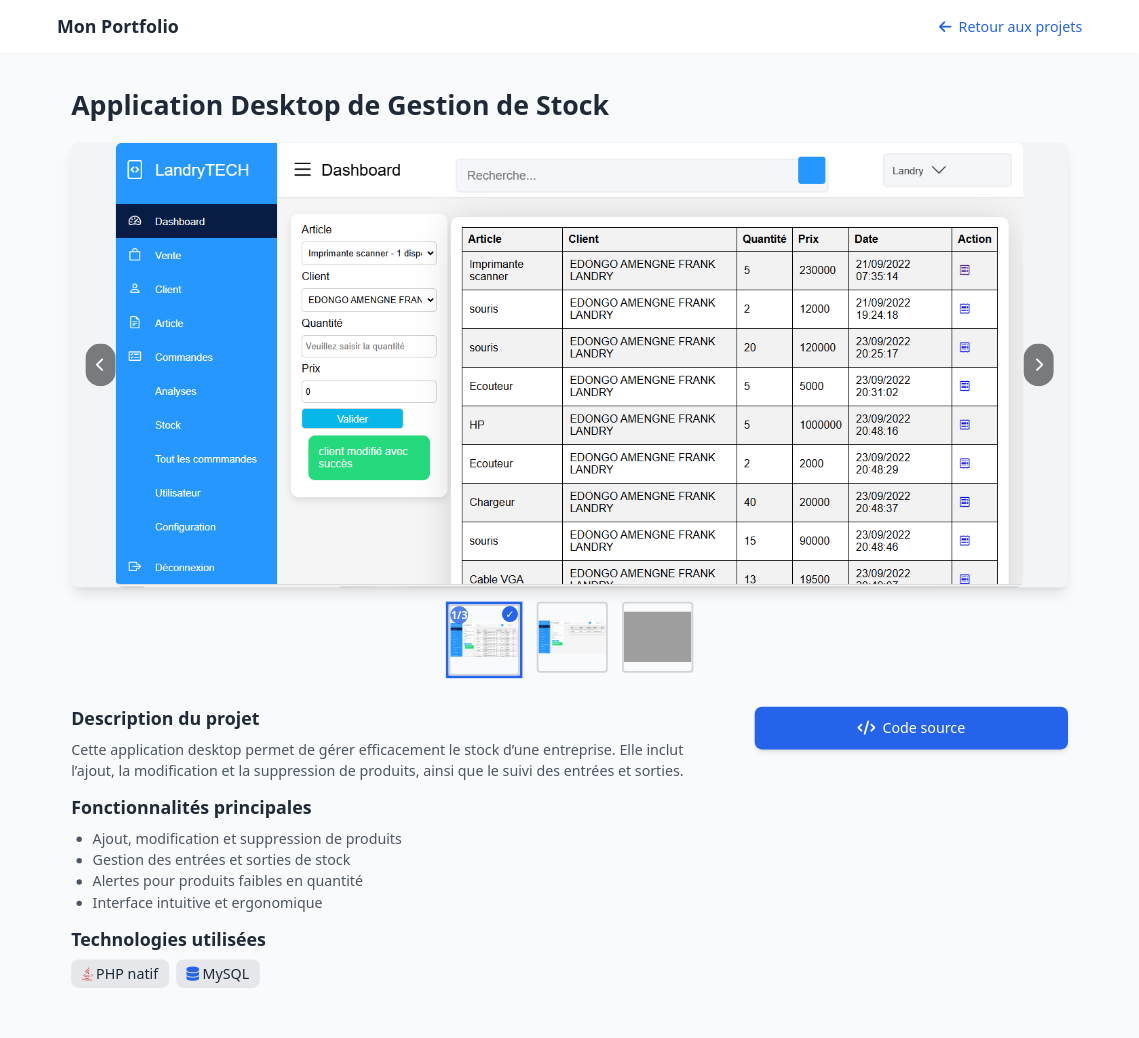
Repository: Edongo999/landry-portfolio
Page: projet-gestion-stocks.html
The author's editor kept a copy of each file at every save. The page is drawn from the files as they stood at one save, then again after the next save.
The browser window is 1280 px wide. The pictures show the whole page, at 89% of full size.
Pictures or frames that could not be fetched are drawn as grey boxes. Some web libraries are served in a nearby version.

Above is the page before, as saved 2025-09-14 03:17:54.

### projet-gestion-stocks.html
<!DOCTYPE html>
<html lang="fr">
<head>
  <meta charset="UTF-8" />
  <meta name="viewport" content="width=device-width, initial-scale=1.0" />
  <title>Détail du projet - Portfolio</title>
  <script src="https://cdn.tailwindcss.com"></script>
  <link rel="stylesheet" href="https://cdnjs.cloudflare.com/ajax/libs/font-awesome/6.4.0/css/all.min.css">
  <style>
    /* Miniature active */
    .thumb-active {
      border: 3px solid #2563eb !important;
      position: relative;
    }
    .thumb-active::after {
      content: "✓";
      position: absolute;
      top: 2px;
      right: 2px;
      background-color: #2563eb;
      color: white;
      font-size: 12px;
      width: 18px;
      height: 18px;
      border-radius: 50%;
      display: flex;
      align-items: center;
      justify-content: center;
    }
    /* Numéro indicateur */
    .thumb-number {
      position: absolute;
      top: 2px;
      left: 2px;
      background-color: rgba(37,99,235,0.8);
      color: white;
      font-size: 12px;
      width: 20px;
      height: 20px;
      border-radius: 50%;
      display: flex;
      align-items: center;
      justify-content: center;
      font-weight: bold;
    }
  </style>
</head>
<body class="bg-gray-50 text-gray-800">

  <!-- Header -->
  <header class="bg-white shadow p-4 sticky top-0 z-50">
    <div class="max-w-6xl mx-auto flex justify-between items-center">
      <h1 class="text-xl font-bold">Mon Portfolio</h1>
      <a href="index.html#projects" class="flex items-center gap-2 text-blue-600 hover:text-blue-800 font-medium">
        <i class="fas fa-arrow-left"></i> Retour aux projets
      </a>
    </div>
  </header>

  <!-- Section Détail Projet -->
  <section class="max-w-6xl mx-auto px-4 py-10">
    <h2 class="text-3xl font-bold mb-6">Application Desktop de Gestion de Stock</h2>

    <!-- Slider images -->
    <div class="relative w-full max-h-[500px] mx-auto overflow-hidden rounded-lg shadow-lg mb-4 flex justify-center items-center bg-gray-100">
      <div id="slide-container" class="w-full flex justify-center items-center"></div>
      <button id="prevBtn" class="absolute top-1/2 left-4 transform -translate-y-1/2 bg-black/50 text-white p-3 rounded-full z-10">
        <i class="fas fa-chevron-left"></i>
      </button>
      <button id="nextBtn" class="absolute top-1/2 right-4 transform -translate-y-1/2 bg-black/50 text-white p-3 rounded-full z-10">
        <i class="fas fa-chevron-right"></i>
      </button>
    </div>

    <!-- Miniatures -->
    <div class="flex justify-center gap-4 mb-8" id="thumbnails">
      <div class="relative"><img src="assets/img/gestion de stock1.png" class="w-20 h-20 object-contain cursor-pointer border-2 border-gray-300 rounded"></div>
      <div class="relative"><img src="assets/img/gestion de stock2.png" class="w-20 h-20 object-contain cursor-pointer border-2 border-gray-300 rounded"></div>
      <div class="relative"><img src="assets/img/stock3.png" class="w-20 h-20 object-contain cursor-pointer border-2 border-gray-300 rounded"></div>
    </div>

    <!-- Description et boutons -->
    <div class="grid grid-cols-1 md:grid-cols-3 gap-8">
      <div class="md:col-span-2">
        <h3 class="text-xl font-semibold mb-2">Description du projet</h3>
        <p class="text-gray-600 mb-4">
          Cette application desktop permet de gérer efficacement le stock d’une entreprise.
          Elle inclut l’ajout, la modification et la suppression de produits, ainsi que le suivi des entrées et sorties.
        </p>

        <h3 class="text-xl font-semibold mb-2">Fonctionnalités principales</h3>
        <ul class="list-disc pl-6 text-gray-600 mb-4">
          <li>Ajout, modification et suppression de produits</li>
          <li>Gestion des entrées et sorties de stock</li>
          <li>Alertes pour produits faibles en quantité</li>
          <li>Interface intuitive et ergonomique</li>
        </ul>

        <h3 class="text-xl font-semibold mb-2">Technologies utilisées</h3>
        <div class="flex flex-wrap gap-2 mb-4">
          <span class="flex items-center gap-1 px-3 py-1 bg-gray-200 rounded-lg">
            <i class="fab fa-java text-red-600"></i> PHP natif
          </span>
          <span class="flex items-center gap-1 px-3 py-1 bg-gray-200 rounded-lg">
            <i class="fas fa-database text-blue-600"></i> MySQL
          </span>
        </div>
      </div>

      <!-- Boutons -->
     <div class="flex flex-col gap-4 md:sticky md:top-32">
        <a href="https://github.com/Edongo999/Plateforme_web_du_FECACFOP.git" target="_blank" class="flex items-center justify-center w-full bg-blue-600 text-white py-3 rounded-lg text-center
           hover:bg-blue-700 hover:-translate-y-1 transform transition duration-300 shadow-md hover:shadow-lg">
          <i class="fas fa-code mr-2"></i> Code source
        </a>
      </div>
    </div>
  </section>

<script>
  const slides = [
    { type: 'image', src: "assets/img/gestion de stock1.png" },
    { type: 'image', src: "assets/img/gestion de stock2.png" },
    { type: 'image', src: "assets/img/stock3.png" },
  ];

  let index = 0;
  let slideInterval;
  let userInteracting = false;

  const container = document.getElementById("slide-container");
  const thumbContainers = document.querySelectorAll('#thumbnails > div');

  function showSlide() {
    container.innerHTML = '';
    const slide = slides[index];
    const img = document.createElement("img");
    img.src = slide.src;
    img.alt = "Capture du projet";
    img.className = "w-auto max-h-[500px] object-contain rounded-lg transition-all duration-700";
    container.appendChild(img);

    // Mise à jour des miniatures
    thumbContainers.forEach((div, i) => {
        const oldNum = div.querySelector('.thumb-number');
        if(oldNum) oldNum.remove();

        div.classList.toggle('thumb-active', i === index);

        if(i === index){
            const num = document.createElement('span');
            num.className = 'thumb-number';
            num.textContent = `${i+1}/${slides.length}`;
            div.appendChild(num);
        }
    });
  }

  function nextSlide() { index = (index + 1) % slides.length; showSlide(); }
  function prevSlide() { index = (index - 1 + slides.length) % slides.length; showSlide(); }
  function goToSlide(i){ index = i; showSlide(); }

  function startAutoSlide() { slideInterval = setInterval(()=>{ if(!userInteracting) nextSlide(); }, 20000); }

  thumbContainers.forEach((div, i)=>{
    div.addEventListener('click', ()=>{
      userInteracting=true;
      goToSlide(i);
      setTimeout(()=>userInteracting=false,2000);
    });
  });

  document.getElementById('prevBtn').addEventListener('click', ()=>{
    userInteracting=true; prevSlide(); setTimeout(()=>userInteracting=false,2000);
  });

  document.getElementById('nextBtn').addEventListener('click', ()=>{
    userInteracting=true; nextSlide(); setTimeout(()=>userInteracting=false,2000);
  });

  showSlide();
  startAutoSlide();
</script>
</body>
</html>

After the next save:
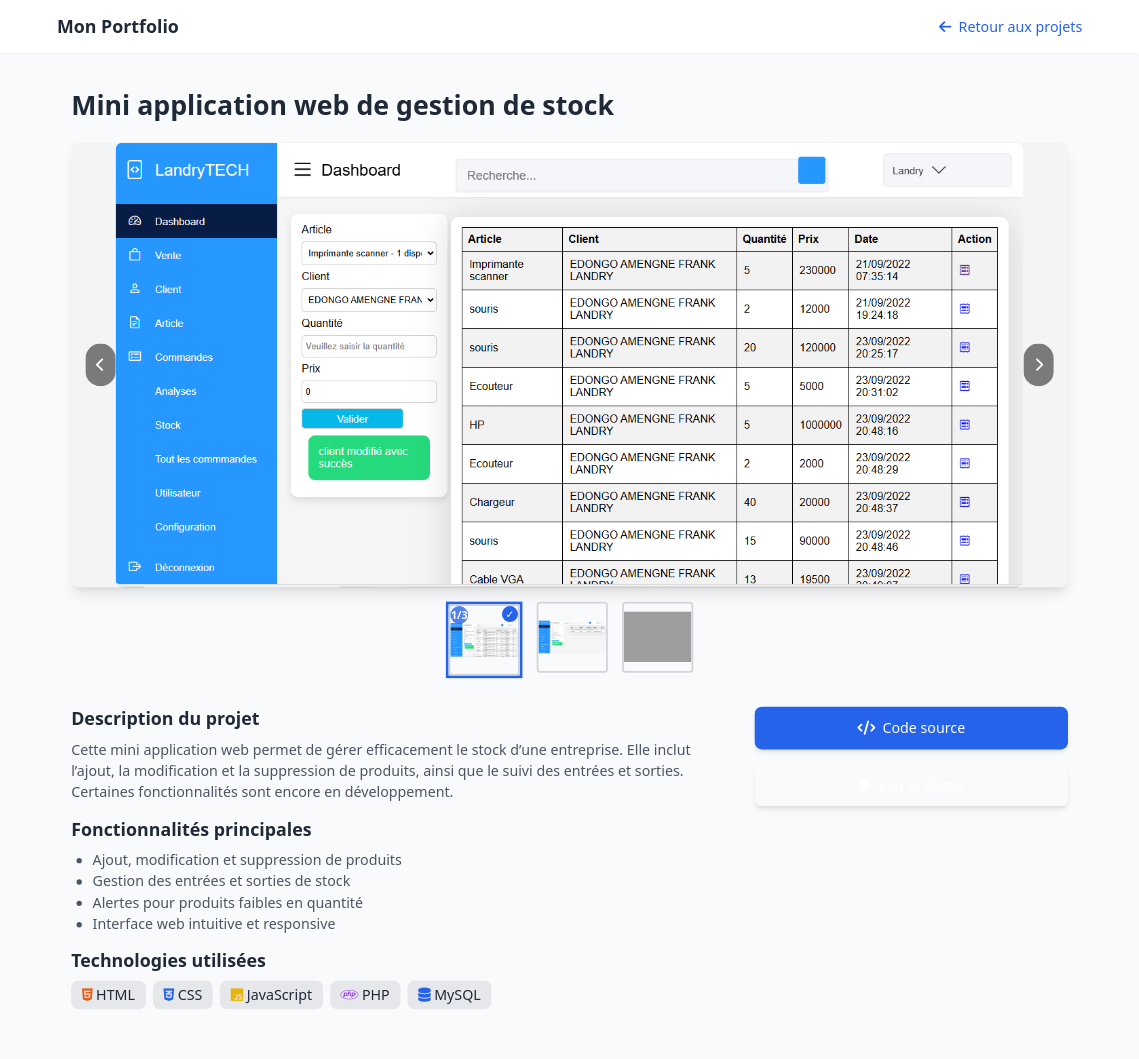
Saved 4 min 38 s later.
--- a/projet-gestion-stocks.html
+++ b/projet-gestion-stocks.html
@@ -1,3 +1,15 @@
+
+
+
+
+
+
+
+
+
+
+
+
 <!DOCTYPE html>
 <html lang="fr">
 <head>
@@ -59,7 +71,7 @@
 
   <!-- Section Détail Projet -->
   <section class="max-w-6xl mx-auto px-4 py-10">
-    <h2 class="text-3xl font-bold mb-6">Application Desktop de Gestion de Stock</h2>
+    <h2 class="text-3xl font-bold mb-6">Mini application web de gestion de stock</h2>
 
     <!-- Slider images -->
     <div class="relative w-full max-h-[500px] mx-auto overflow-hidden rounded-lg shadow-lg mb-4 flex justify-center items-center bg-gray-100">
@@ -84,8 +96,9 @@
       <div class="md:col-span-2">
         <h3 class="text-xl font-semibold mb-2">Description du projet</h3>
         <p class="text-gray-600 mb-4">
-          Cette application desktop permet de gérer efficacement le stock d’une entreprise.
+          Cette mini application web permet de gérer efficacement le stock d’une entreprise.
           Elle inclut l’ajout, la modification et la suppression de produits, ainsi que le suivi des entrées et sorties.
+          Certaines fonctionnalités sont encore en développement.
         </p>
 
         <h3 class="text-xl font-semibold mb-2">Fonctionnalités principales</h3>
@@ -93,13 +106,22 @@
           <li>Ajout, modification et suppression de produits</li>
           <li>Gestion des entrées et sorties de stock</li>
           <li>Alertes pour produits faibles en quantité</li>
-          <li>Interface intuitive et ergonomique</li>
+          <li>Interface web intuitive et responsive</li>
         </ul>
 
         <h3 class="text-xl font-semibold mb-2">Technologies utilisées</h3>
         <div class="flex flex-wrap gap-2 mb-4">
           <span class="flex items-center gap-1 px-3 py-1 bg-gray-200 rounded-lg">
-            <i class="fab fa-java text-red-600"></i> PHP natif
+            <i class="fab fa-html5 text-orange-600"></i> HTML
+          </span>
+          <span class="flex items-center gap-1 px-3 py-1 bg-gray-200 rounded-lg">
+            <i class="fab fa-css3-alt text-blue-600"></i> CSS
+          </span>
+          <span class="flex items-center gap-1 px-3 py-1 bg-gray-200 rounded-lg">
+            <i class="fab fa-js text-yellow-500"></i> JavaScript
+          </span>
+          <span class="flex items-center gap-1 px-3 py-1 bg-gray-200 rounded-lg">
+            <i class="fab fa-php text-purple-600"></i> PHP
           </span>
           <span class="flex items-center gap-1 px-3 py-1 bg-gray-200 rounded-lg">
             <i class="fas fa-database text-blue-600"></i> MySQL
@@ -108,10 +130,14 @@
       </div>
 
       <!-- Boutons -->
-     <div class="flex flex-col gap-4 md:sticky md:top-32">
+      <div class="flex flex-col gap-4 md:sticky md:top-32">
         <a href="https://github.com/Edongo999/Plateforme_web_du_FECACFOP.git" target="_blank" class="flex items-center justify-center w-full bg-blue-600 text-white py-3 rounded-lg text-center
            hover:bg-blue-700 hover:-translate-y-1 transform transition duration-300 shadow-md hover:shadow-lg">
           <i class="fas fa-code mr-2"></i> Code source
+        </a>
+        <a href="projet-gestion-stock.html" class="flex items-center justify-center w-full bg-primary-600 text-white py-3 rounded-lg text-center
+           hover:bg-primary-700 hover:-translate-y-1 transform transition duration-300 shadow-md hover:shadow-lg">
+          <i class="fas fa-play mr-2"></i> Voir la démo
         </a>
       </div>
     </div>
